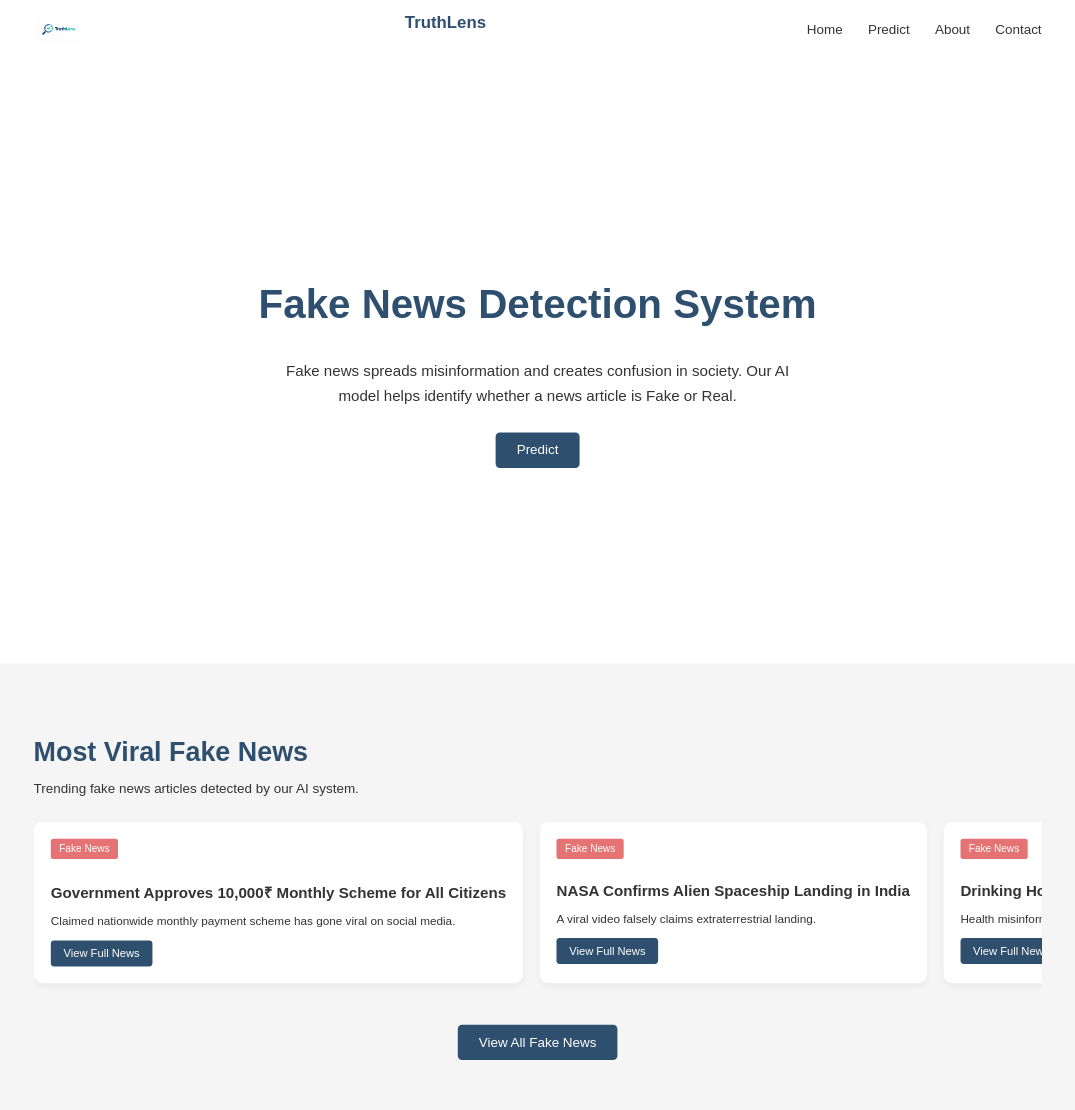
Repository: asadpathan2002-bot/Sprint1
Page: frontend/home.html
These files come from the project's save history. The page is drawn as it stood at one moment and after the next save; the edit follows.
The browser window is 1280 px wide. The pictures show the whole page, at 84% of full size.

Above is the page before, as saved 2026-02-22 23:08:16.

After the next save:
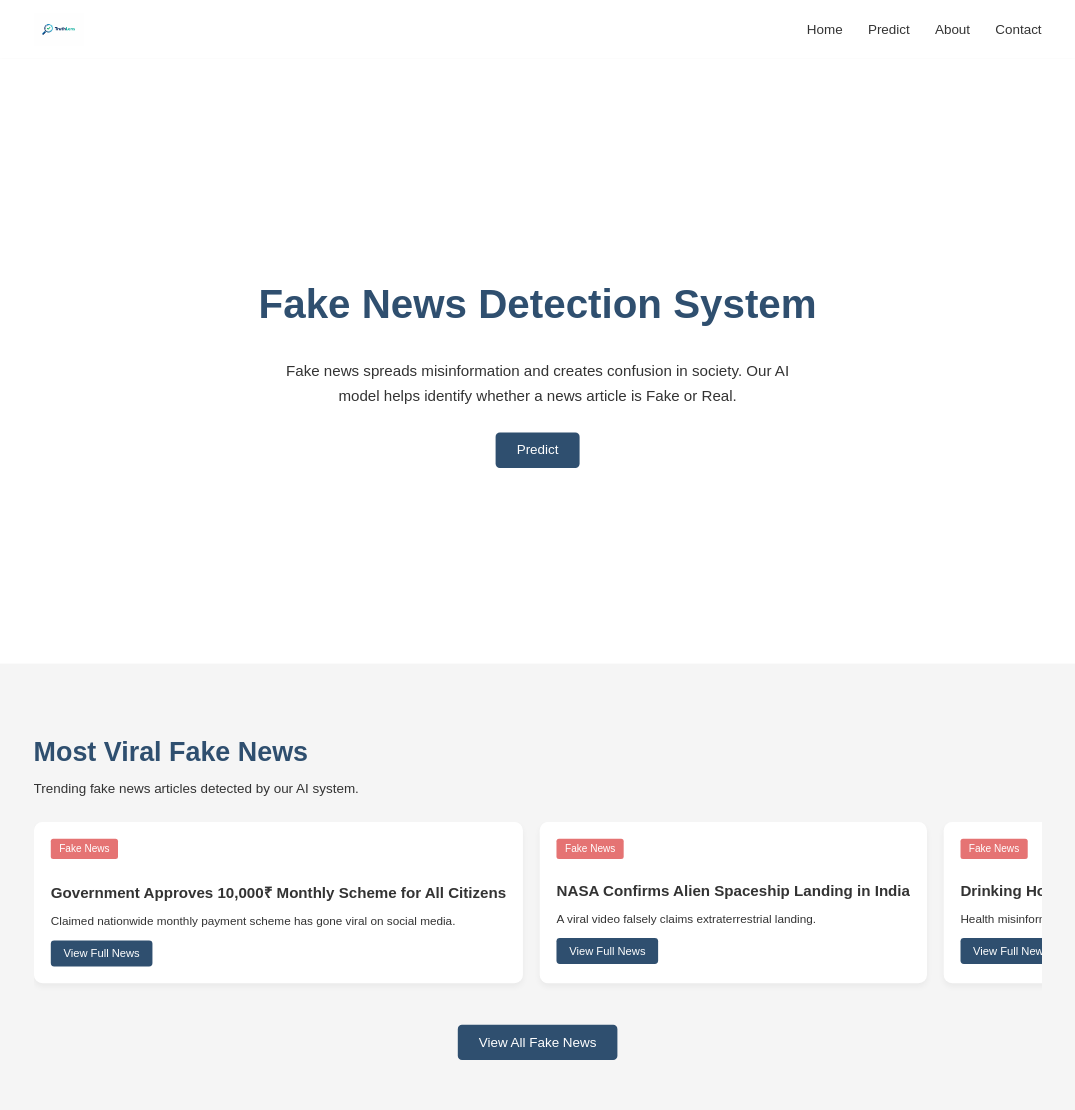
Saved 74 s later.
--- a/frontend/home.html
+++ b/frontend/home.html
@@ -295,7 +295,7 @@
 <!-- Navigation Bar -->
 <nav class="navbar">
     <img src="logo.png" alt="TruthLens Logo" class="logo">
-    <div class="logo">TruthLens</div>
+
     <ul class="nav-links">
         <li><a href="index.html">Home</a></li>
         <li><a href="predict.html">Predict</a></li>
